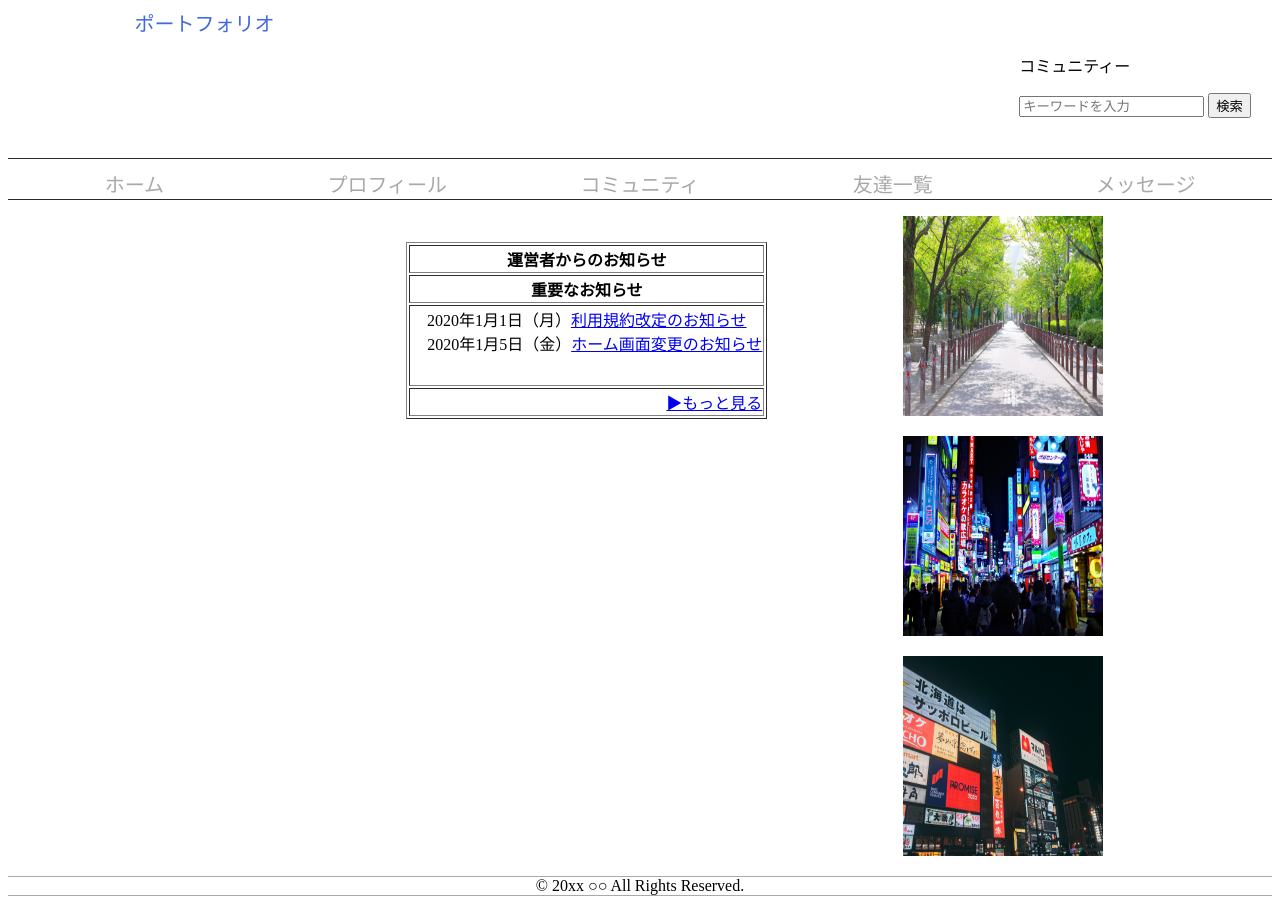
Repository: yuukiabc/samurai_PHP
Page: Notice.html
The author's editor kept a record of every edit. The page is drawn from the files as they stood at one moment, then again after the next edit.
The browser window is 1280 px wide. The pictures show the whole page.

Above is the page before.

After the next edit:
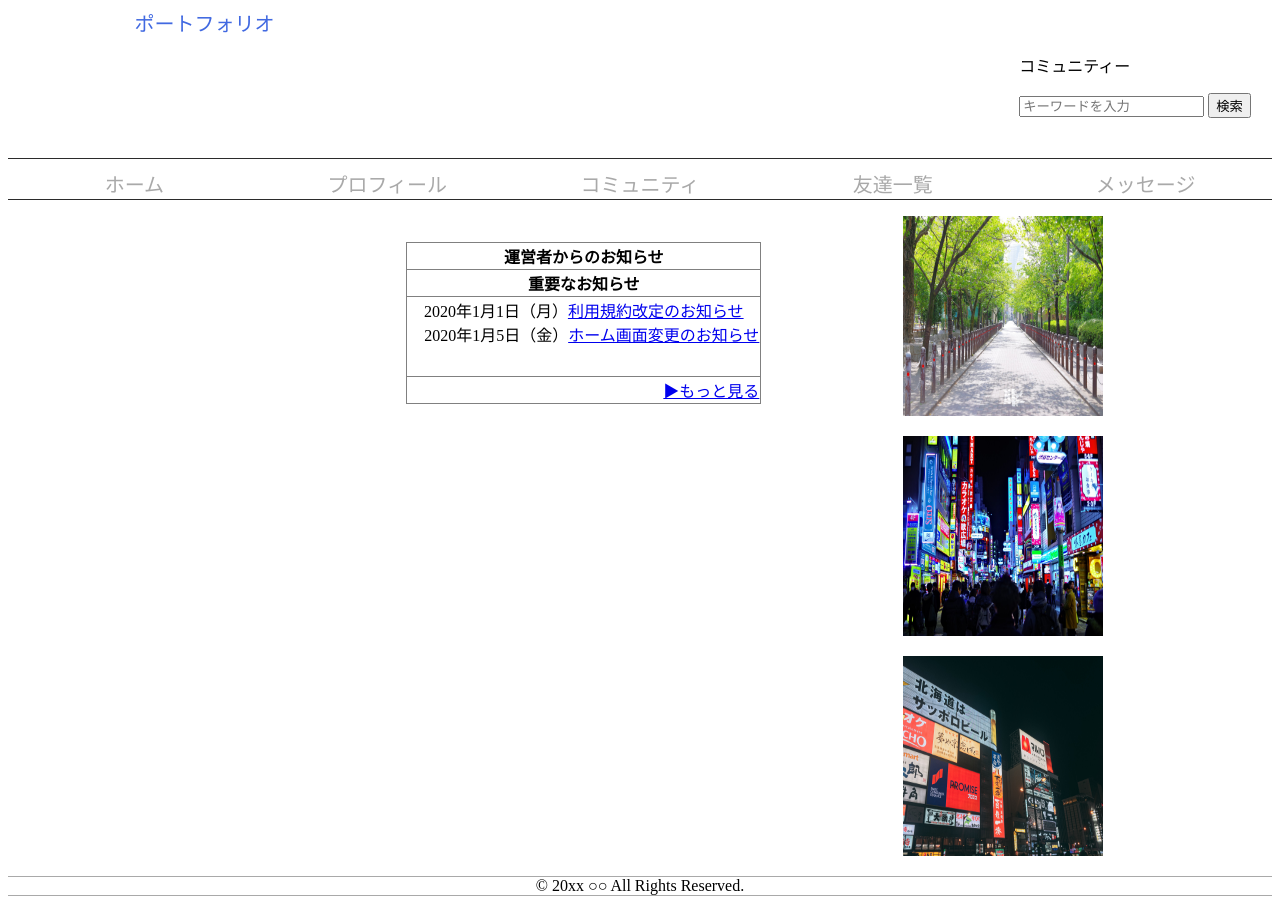
The edit:
--- a/Notice.css
+++ b/Notice.css
@@ -80,6 +80,7 @@
 table{
     margin-top:6%;
     margin-left:30%;
+    border-collapse:collapse;
 }
 .table{
     padding-bottom:30px;
